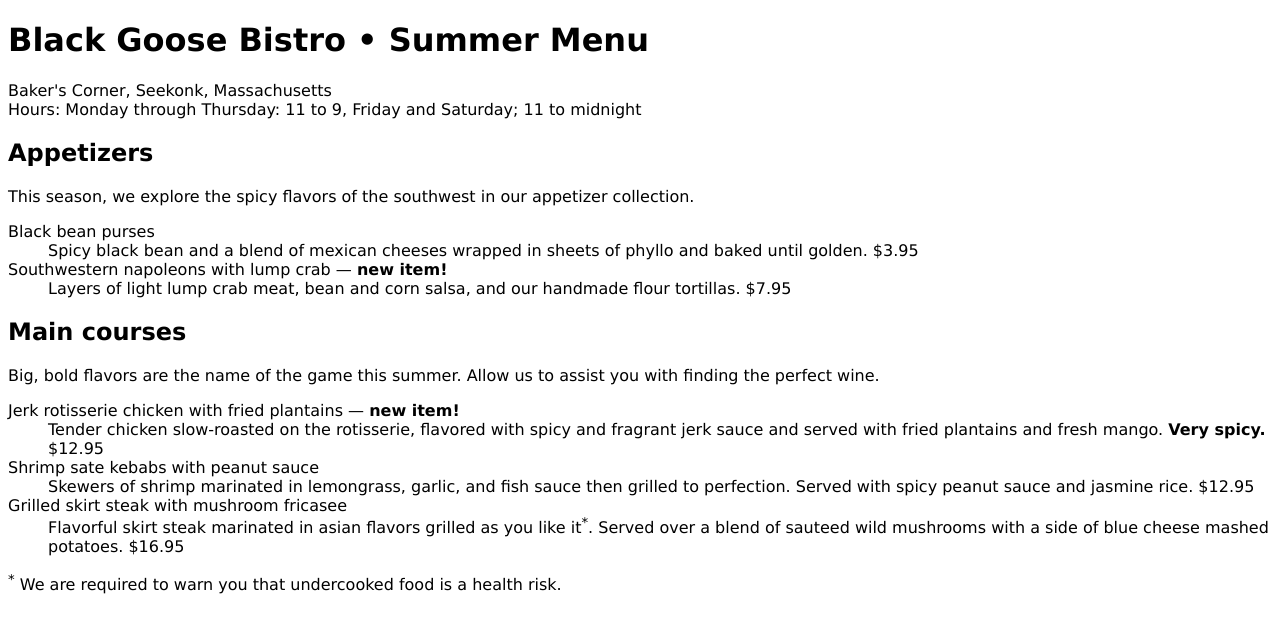
Repository: Lithium87/WebDesign
Page: Bistro/menu.html
The author's editor kept a copy of each file at every save. The page is drawn from the files as they stood at one save, then again after the next save.
The browser window is 1280 px wide. The pictures show the whole page.
Some web fonts or font styles are not loaded; a fallback is used.

Above is the page before, as saved 2020-04-14 09:45:52.

After the next save:
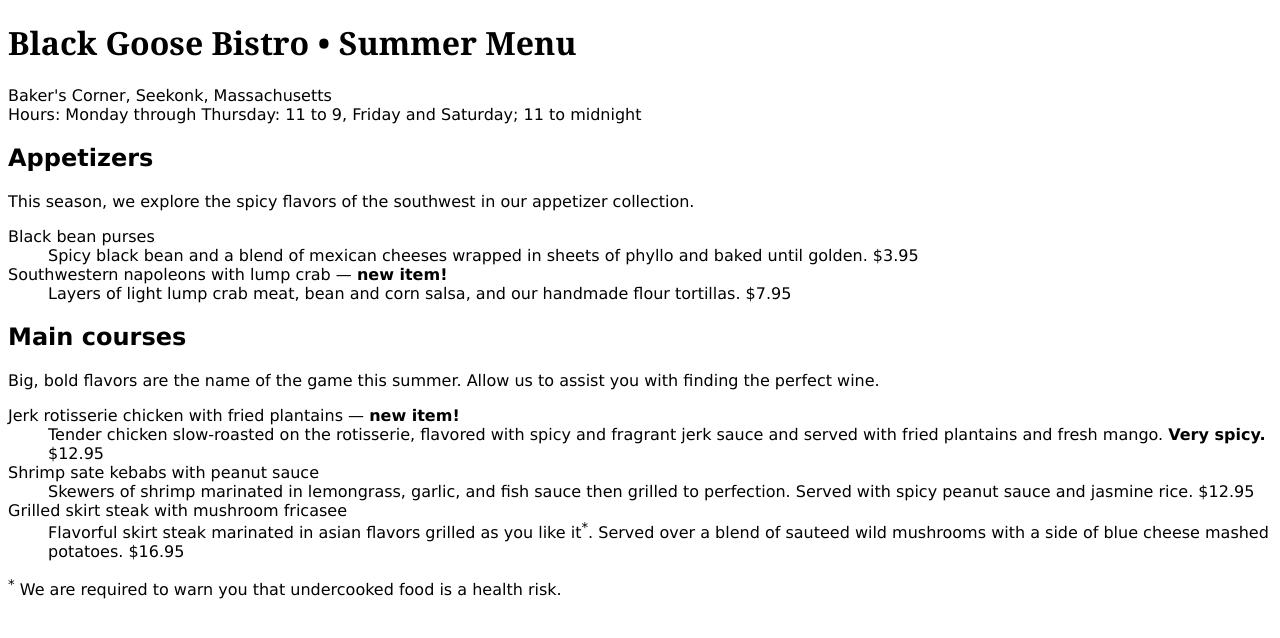
Saved 100 s later.
--- a/Bistro/menu.html
+++ b/Bistro/menu.html
@@ -8,6 +8,10 @@
     <style>
         body {
             font-family: Verdana, sans-serif;
+        }
+
+        h1 {
+            font-family: "Marko One", Georgia, serif;
         }
     </style>
 </head>
